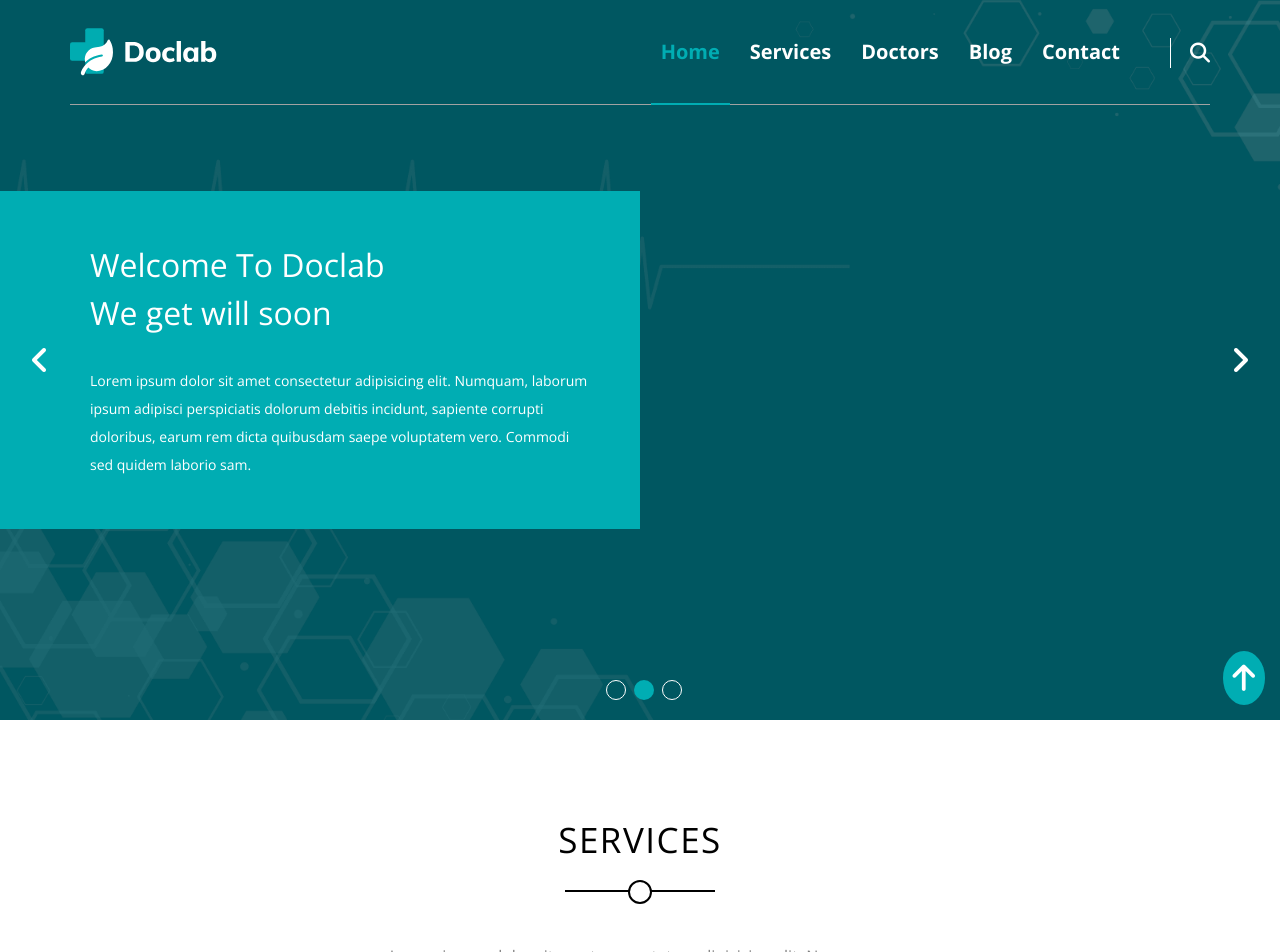
Repository: Ahmed123rezk123/Clinic
Page: index.html
These files come from the project's save history. The page is drawn as it stood at one moment and after a run of saves; the edit follows.
The browser window is 1280 px wide. The pictures show the part of the page from y = 0 to 952 px (the page is 9134 px tall).
A picture or video elsewhere on the page could not be fetched, so the positions and the page height are approximate. Some web fonts or font styles are not loaded; a fallback is used.

Above is the page before, as saved 2024-04-17 20:46:48.

### index.html
<!DOCTYPE html>
<html lang="en">
  <head>
    <meta charset="UTF-8" />
    <meta name="viewport" content="width=device-width, initial-scale=1.0" />
    <title>Clinic</title>
    <!-- Render All Elements Normally -->
    <link rel="stylesheet" href="css/normalize.css" />
    <!-- Font Awesome Library -->
    <link rel="stylesheet" href="css/all.min.css" />
    <!-- Main Temlate css file -->
    <link rel="stylesheet" href="css/style.css" />
    <!-- Google Fonts -->
    <link rel="preconnect" href="https://fonts.googleapis.com" />
    <link rel="preconnect" href="https://fonts.gstatic.com" crossorigin />
    <link
      href="https://fonts.googleapis.com/css2?family=Edu+TAS+Beginner:wght@500&family=Open+Sans:wght@400;700&display=swap"
      rel="stylesheet"
    />
    <!-- <link href="https://cdn.jsdelivr.net/npm/bootstrap@5.3.2/dist/css/bootstrap.min.css" rel="stylesheet"> -->
  </head>
  <body>
    <!-- Start Header -->
    <header>
      <div class="container" id="top">
        <a href="#" class="logo">
          <img src="images/logo.svg" alt="Logo" />
        </a>
        <nav>
          <i class="fas fa-bars menu"></i>
          <ul>
            <li><a href="#" class="active">Home</a></li>
            <li><a href="#">Services</a></li>
            <li><a href="#">Doctors</a></li>
            <li><a href="#">Blog</a></li>
            <li><a href="#">Contact</a></li>
          </ul>
          <div class="form">
            <i class="fas fa-search"></i>
          </div>
        </nav>
      </div>
    </header>
    <!-- End Header -->
    <!-- Start Landing -->
    <section class="landing">
      <div class="overlay">
        <div class="text">
          <div class="content">
            <h2>
              Welcome To Doclab<br />
              We get will soon
            </h2>
            <p>
                Lorem ipsum dolor sit amet consectetur adipisicing elit. Numquam,
                laborum ipsum adipisci perspiciatis dolorum debitis incidunt,
                sapiente corrupti doloribus, earum rem dicta quibusdam saepe
                voluptatem vero. Commodi sed quidem laborio sam.
            </p>
          </div>
        </div>
      </div>
      <i class="fas fa-angle-left icon1 fa-2x"></i>
      <i class="fas fa-angle-right icon2 fa-2x"></i>
      <ul class="bullets">
        <li></li>
        <li class="active"></li>
        <li></li>
      </ul>
    </section>
    <!-- End Landing -->
    <!-- Start Services -->
    <section class="services">
      <div class="container">
        <div class="main-content">
          <h2>Services</h2>
          <p>
            Lorem ipsum dolor sit amet consectetur adipisicing elit. Numquam,
            laborum ipsum adipisci perspiciatis dolorum.
          </p>
        </div>
        <div class="services-content">
          <div class="div-content">
            <i class="fas fa-desktop"></i>
            <div class="text">
              <h2>Frontend Developer</h2>
              <p>
                Lorem, ipsum dolor sit amet consectetur adipisicing elit. Minus
                dolorum ipsam, ullam tenetur ab aliquid quia repudiandae .
              </p>
            </div>
          </div>
          <div class="div-content">
            <i class="fas fa-cog"></i>
            <div class="text">
              <h2>Frontend Developer</h2>
              <p>
                Lorem, ipsum dolor sit amet consectetur adipisicing elit. Minus
                dolorum ipsam, ullam tenetur ab aliquid quia repudiandae .
              </p>
            </div>
          </div>
          <div class="div-content">
            <i class="fas fa-pencil-ruler"></i>
            <div class="text">
              <h2>Frontend Developer</h2>
              <p>
                Lorem, ipsum dolor sit amet consectetur adipisicing elit. Minus
                dolorum ipsam, ullam tenetur ab aliquid quia repudiandae .
              </p>
            </div>
          </div>
          <div class="div-content">
            <i class="fas fa-camera"></i>
            <div class="text">
              <h2>Frontend Developer</h2>
              <p>
                Lorem, ipsum dolor sit amet consectetur adipisicing elit. Minus
                dolorum ipsam, ullam tenetur ab aliquid quia repudiandae .
              </p>
            </div>
          </div>
        </div>
      </div>
    </section>
    <!-- End Services -->
    <!-- Start Design -->
    <section class="design">
      <div class="overlay">
        <div class="image">
          <img src="images/mobile.png" alt="" />
        </div>
        <div class="text">
          <div class="content">
            <h2>OUR DESIGN COMES WITH...</h2>
            <div class="div-icon">
              <div class="div-content">
                <i class="fas fa-desktop lab1"></i>
                <span>Responsive Design</span>
              </div>
              <div class="div-content">
                <i class="fas fa-desktop lab2"></i>
                <span>Modern And Clean Design</span>
              </div>
              <div class="div-content">
                <i class="fas fa-desktop lab3"></i>
                <span>Clean Code</span>
              </div>
              <div class="div-content">
                <i class="fas fa-desktop lab4"></i>
                <span>Browser Friendly</span>
              </div>
            </div>
          </div>
        </div>
      </div>
    </section>
    <!-- End Design -->
    <!-- Start Portfolio -->
    <div class="portfolio">
      <div class="container">
        <div class="main-content">
          <h2>Portfolio</h2>
          <p>
            Lorem ipsum dolor sit amet consectetur adipisicing elit. Numquam,
            laborum ipsum adipisci perspiciatis dolorum.
          </p>
        </div>
        <ul class="shuffle">
          <li class="active">All</li>
          <li>App</li>
          <li>Photo</li>
          <li>Web</li>
          <li>Print</li>
        </ul>
      </div>
      <div class="imgs-content">
        <div class="box">
          <img src="images/shuffle-01.jpg" alt="" />
          <div class="caption">
            <h4>Awesome Image</h4>
            <p>Photography</p>
          </div>
        </div>
        <div class="box">
          <img src="images/shuffle-02.jpg" alt="" />
          <div class="caption">
            <h4>Awesome Image</h4>
            <p>Photography</p>
          </div>
        </div>
        <div class="box">
          <img src="images/shuffle-03.jpg" alt="" />
          <div class="caption">
            <h4>Awesome Image</h4>
            <p>Photography</p>
          </div>
        </div>
        <div class="box">
          <img src="images/shuffle-04.jpg" alt="" />
          <div class="caption">
            <h4>Awesome Image</h4>
            <p>Photography</p>
          </div>
        </div>
        <div class="box">
          <img src="images/shuffle-05.jpg" alt="" />
          <div class="caption">
            <h4>Awesome Image</h4>
            <p>Photography</p>
          </div>
        </div>
        <div class="box">
          <img src="images/shuffle-06.jpg" alt="" />
          <div class="caption">
            <h4>Awesome Image</h4>
            <p>Photography</p>
          </div>
        </div>
        <div class="box">
          <img src="images/shuffle-07.jpg" alt="" />
          <div class="caption">
            <h4>Awesome Image</h4>
            <p>Photography</p>
          </div>
        </div>
        <div class="box">
          <img src="images/shuffle-08.jpg" alt="" />
          <div class="caption">
            <h4>Awesome Image</h4>
            <p>Photography</p>
          </div>
        </div>
      </div>
      <a href="#" class="more">MORE</a>
    </div>
    <!-- End Portfolio -->
    <!-- Start Video -->
    <div class="video">
      <video autoplay muted loop>
        <source src="images/awesome-video (1).mp4" type="video/mp4" />
      </video>
      <div class="text">
        <h2>SUPER AWESOME VIDEO HERE</h2>
        <p>Its All You Need</p>
        <button>SEE MORE</button>
      </div>
    </div>
    <!-- End Video -->

    <!-- Start About -->
    <div class="about">
      <div class="container">
        <div class="main-content">
          <h2>Services</h2>
          <p>
            Lorem ipsum dolor sit amet consectetur adipisicing elit. Numquam,
            laborum ipsum adipisci perspiciatis dolorum.
          </p>
        </div>
        <img src="images/about.png" alt="" />
      </div>
    </div>
    <!-- End About -->
    <!-- Start Stats  -->
    <div class="stats">
      <div class="container">
        <div class="box">
          <i class="fas fa-mug-hot"></i>
          <p>1.236</p>
          <span>Coffee Drinks</span>
        </div>
        <div class="box">
          <i class="far fa-folder"></i>
          <p>256</p>
          <span>Completed Projects</span>
        </div>
        <div class="box">
          <i class="far fa-envelope"></i>
          <p>1,743</p>
          <span>Mail Sent</span>
        </div>
        <div class="box">
          <i class="fas fa-trophy"></i>
          <p>17</p>
          <span>Awards Received</span>
        </div>
      </div>
    </div>
    <!-- End Stats  -->
    <!-- Start Skills -->
    <div class="our-skills">
      <div class="container">
        <div class="testimonial">
          <h3>TESTIMONIALS</h3>
          <p>
            Curabitur arcu erat, accumsan id imperdiet et, porttitor at sem.
            Mauris blandit aliquet elit, eget tincidunt.
          </p>
          <div class="box">
            <img src="images/skills-01.jpg" alt="" />
            <div class="text">
              Curabitur arcu erat, accumsan id imperdiet et, porttitor at sem.
              Mauris blandit aliquet elit, eget tincidunt.
              <p>Ahmed Atef, CEO</p>
            </div>
          </div>
          <div class="box">
            <img src="images/skills-02.jpg" alt="" />
            <div class="text">
              Curabitur arcu erat, accumsan id imperdiet et, porttitor at sem.
              Mauris blandit aliquet elit, eget tincidunt.
              <p>Ahmed Ayman, CEO</p>
            </div>
          </div>
          <ul class="bullets">
            <li></li>
            <li class="active"></li>
            <li></li>
          </ul>
        </div>
        <div class="skills">
          <h3>SKILLS</h3>
          <p>
            Curabitur arcu erat, accumsan id imperdiet et, porttitor at sem.
            Mauris blandit aliquet elit, eget tincidunt.
          </p>
          <div class="prog-content">
            <h4>ADOBE</h4>
            <div class="prog">
              <span style="width: 90%" data-progress="90%"></span>
            </div>
          </div>
          <div class="prog-content">
            <h4>HTML & CSS</h4>
            <div class="prog">
              <span style="width: 85%" data-progress="85%"></span>
            </div>
          </div>
          <div class="prog-content">
            <h4>JAVASCRIPT</h4>
            <div class="prog">
              <span style="width: 80%" data-progress="80%"></span>
            </div>
          </div>
          <div class="prog-content">
            <h4>PHP</h4>
            <div class="prog">
              <span style="width: 90%" data-progress="90%"></span>
            </div>
          </div>
        </div>
      </div>
    </div>
    <!-- End Skills -->
    <!-- Start Quote -->
    <div class="quote">
      <div class="container">
        <div class="content">
          <q
            >accumsan id imperdiet et, porttitor at sem. Mauris blandit aliquet
            elit, eget tincidunt.</q
          >
          <span>Ahmed Atef</span>
        </div>
      </div>
    </div>
    <!-- End Quote -->
    <!-- Start Princing -->
    <div class="princing">
      <div class="container">
        <div class="main-content">
          <h2>Princing</h2>
          <p>
            Lorem ipsum dolor sit amet consectetur adipisicing elit. Numquam,
            laborum ipsum adipisci perspiciatis dolorum.
          </p>
        </div>
        <div class="content">
          <div class="basic">
            <div class="head">
              <h3>BASIC</h3>
              <span>19</span>
            </div>
            <ul>
              <li>Feature No 1</li>
              <li>Extra Feature</li>
              <li>Extra Feature No 2</li>
              <li>Feature</li>
            </ul>
            <div class="foot">
              <a href="#">Buy Now</a>
            </div>
          </div>
          <div class="basic">
            <div class="head">
              <h3>PREMIUM</h3>
              <span>29</span>
            </div>
            <ul>
              <li>Feature No 1</li>
              <li>Extra Feature</li>
              <li>Extra Feature No 2</li>
              <li>Feature</li>
            </ul>
            <div class="foot">
              <a href="#">Buy Now</a>
            </div>
          </div>

          <div class="basic">
            <div class="head">
              <h3>PRO</h3>
              <span>39</span>
            </div>
            <ul>
              <li>Feature No 1</li>
              <li>Extra Feature</li>
              <li>Extra Feature No 2</li>
              <li>Feature</li>
            </ul>
            <div class="foot">
              <a href="#">Buy Now</a>
            </div>
          </div>

          <div class="basic">
            <div class="head">
              <h3>PLATINUM</h3>
              <span>49</span>
            </div>
            <ul>
              <li>Feature No 1</li>
              <li>Extra Feature</li>
              <li>Extra Feature No 2</li>
              <li>Feature</li>
            </ul>
            <div class="foot">
              <a href="#">Buy Now</a>
            </div>
          </div>
        </div>
        <p class="parag-content">Contact us if you have special request</p>
        <a href="#" class="lnk">Contact Us</a>
      </div>
    </div>
    <!-- End Princing -->

    <!-- Start Subscribe -->
    <div class="subscribe">
      <div class="container">
        <form action="">
          <i class="far fa-envelope"></i>
          <input type="email" name="mail" placeholder="Your Email" />
          <input type="submit" value="Subscribe" />
        </form>
        <p>
          Curabitur arcu erat, accumsan id imperdiet et, porttitor at sem.
          Mauris blan dit aliquet elit, eget tincidunt.
        </p>
      </div>
    </div>
    <!-- End Subscribe -->
    <!-- Start CONTACT US -->

    <div class="contact">
      <div class="container">
        <div class="main-content">
          <h2>contact us</h2>
          <p>
            Lorem ipsum dolor sit amet consectetur adipisicing elit. Numquam,
            laborum ipsum adipisci perspiciatis dolorum.
          </p>
        </div>
        <div class="content">
          <form action="">
            <input
              class="inp"
              type="text"
              name="name"
              placeholder="Your Name"
            />
            <input
              class="inp"
              type="email"
              name="mail"
              placeholder="Your Email"
            />
            <textarea
              class="inp"
              name="message"
              placeholder="Your Message"
            ></textarea>
            <input type="submit" value="Send Message" />
          </form>
          <div class="text">
            <h4>GET IN TOUCH</h4>
            <span class="phone">+00 123.456.789</span>
            <span class="phone">+00 123.456.789</span>

            <h4>WHERE WE ARE</h4>
            <ul>
              <li>Awesome Address 17</li>
              <li>New York, NYC</li>
              <li>123-4567-890</li>
              <li>USA</li>
            </ul>
          </div>
        </div>
      </div>
    </div>
    <!-- End CONTACT US -->

    <!-- Start Footer -->
    <div class="footer">
      <div class="container">
        <img src="images/logo.png" alt="Logo" />
        <div class="text">
          <h2>WE ARE SOCIAL</h2>
          <a href="#"><i class="fab fa-facebook-f"></i></a>
          <a href="#"><i class="fab fa-twitter"></i></a>
          <a href="#"> <i class="fas fa-home"></i></a>
          <a href="#"><i class="fab fa-linkedin"></i></a>
        </div>
        <p>&copy; 2024 <span>Kammuna</span> All Right Reserved</p>
      </div>
    </div>
    <!-- End Footer -->
    <a href="#top" class="up"><i class="fas fa-arrow-up"></i></a>
  </body>
</html>

Loaded but not shown: css/normalize.css (library); css/all.min.css (library); css/style.css (1174 lines, source omitted)

After the next 2 saves:
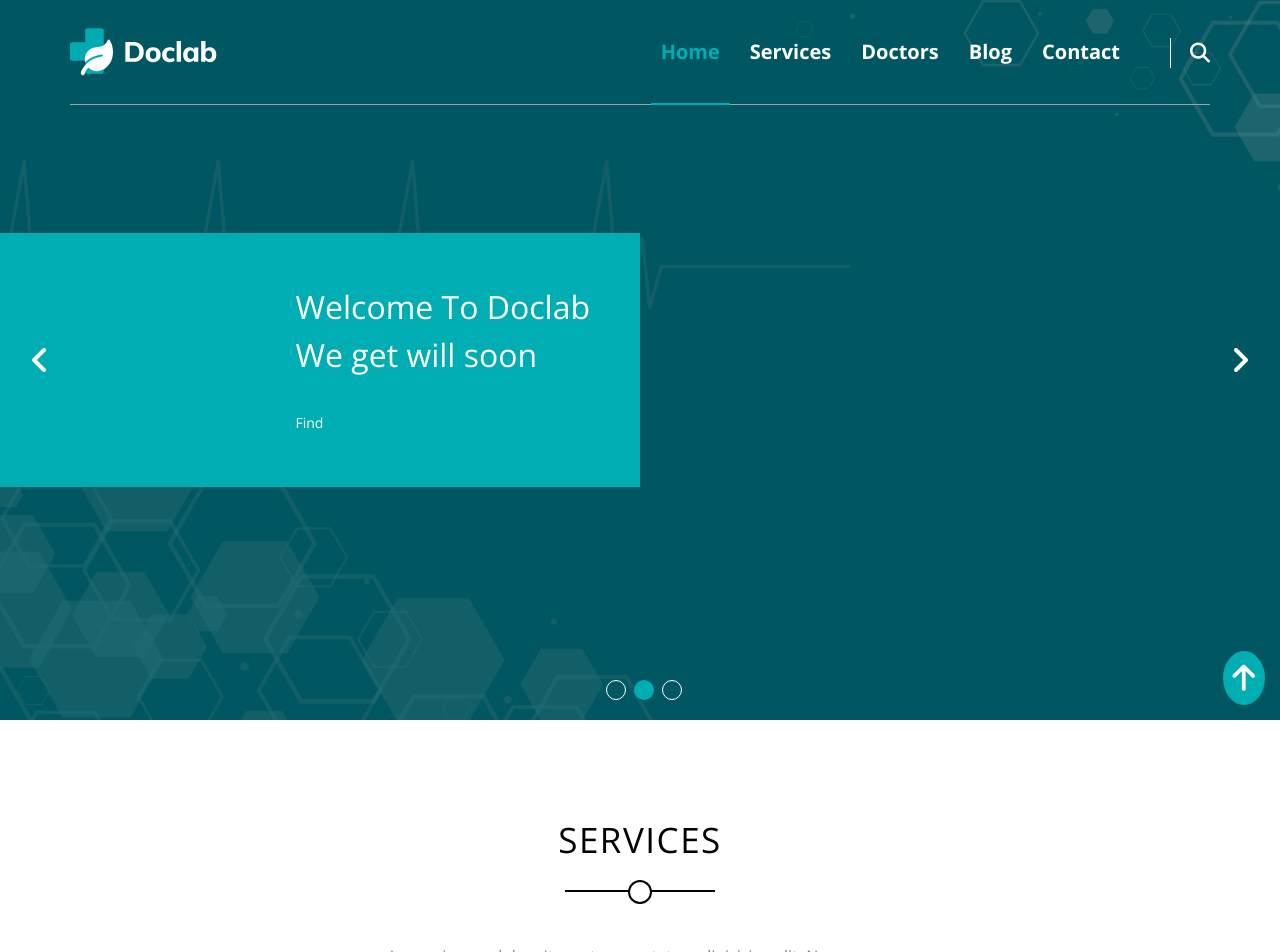
The 2 saves are shown as one change because they came seconds apart.
The last was saved 7 s later.
--- a/index.html
+++ b/index.html
@@ -52,10 +52,7 @@
               We get will soon
             </h2>
             <p>
-                Lorem ipsum dolor sit amet consectetur adipisicing elit. Numquam,
-                laborum ipsum adipisci perspiciatis dolorum debitis incidunt,
-                sapiente corrupti doloribus, earum rem dicta quibusdam saepe
-                voluptatem vero. Commodi sed quidem laborio sam.
+            Find
             </p>
           </div>
         </div>
